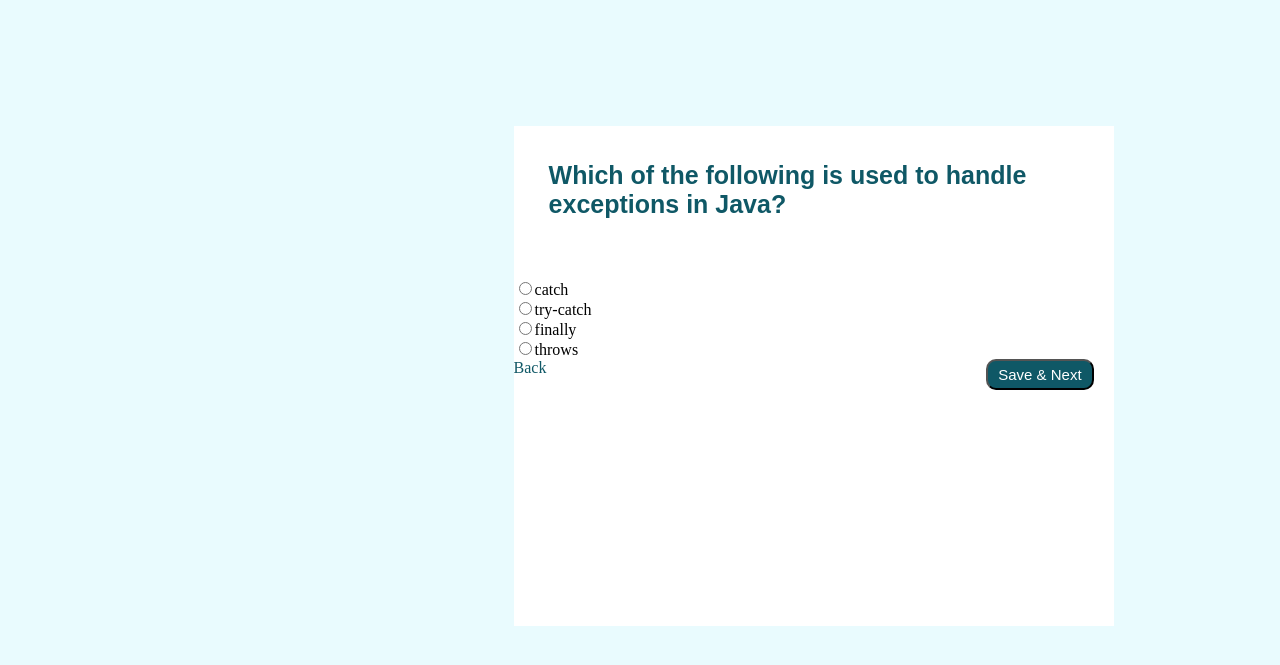
Repository: Rupali-8062Chourasiya5279/Internship_Task_Rupali
Page: Programming Language/quiz/QuizApp/src/main/webapp/First.html
These files come from the project's save history. The page is drawn as it stood at one moment and after the next save; the edit follows.
The browser window is 1280 px wide. The pictures show the whole page.

Above is the page before, as saved 2025-01-24 13:40:48.

### Programming Language/quiz/QuizApp/src/main/webapp/First.html
<!DOCTYPE html>
<html>
<head>
<meta charset="UTF-8">
<title>Que1</title>
<style>
body
{
background-color: #7ce0f4;
}
#div1
{
background-color: white;
height :500px ;
width : 600px;
margin-left: 40%;
margin-top: 10%;
}
 h3
 {
 padding:35px;
 font: bold;
 color: #0f5866;
 font-family: sans-serif;
 font-size: 25px;
 }
 a{
 text-decoration: none;
 color: #0f5866;
 }
 #sub
 {
 font: bold;
 color: white;
 background-color:#0f5866;
 font-family: sans-serif;
 float:right;
 padding:5px 10px 5px 10px;
 margin-right:20px;
 font-size: 15px;
 border-radius: 10px;
 }
 body
 {
 background-color: #e9fbfe;
 }
</style>
</head>
<body>
	<form action="First">
	<div id="div1">
	<h3>Which of the following is used to handle exceptions in Java?</h3>
	<input type="radio" name="q1" value="catch">catch</input><br>
	<input type="radio" name="q1" value="try-catch">try-catch</input><br>
	<input type="radio" name="q1" value="finally">finally</input><br>
	<input type="radio" name="q1" value="throws">throws</input><br>
	<a href="rules.html">Back</a>
	<input id = "sub" type="submit" value="Save & Next">
	</div>
	</form>
</body>
</html>

After the next save:
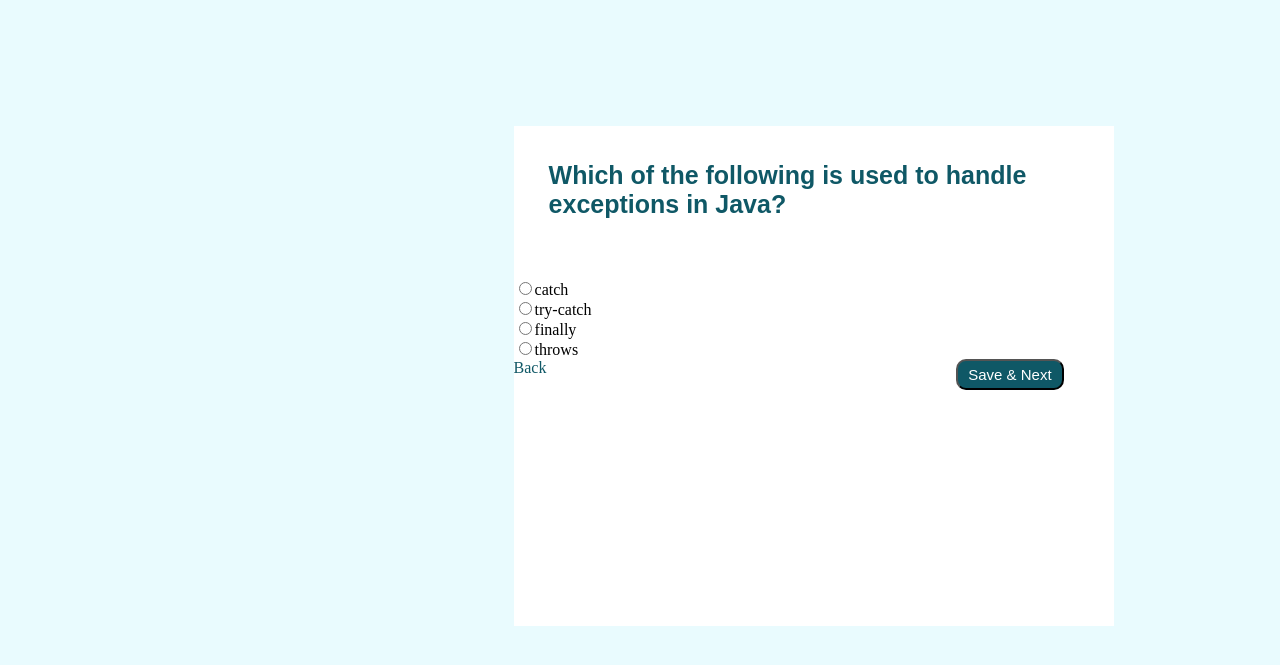
Saved 12 s later.
--- a/Programming Language/quiz/QuizApp/src/main/webapp/First.html
+++ b/Programming Language/quiz/QuizApp/src/main/webapp/First.html
@@ -36,7 +36,7 @@ margin-top: 10%;
  font-family: sans-serif;
  float:right;
  padding:5px 10px 5px 10px;
- margin-right:20px;
+ margin-right:50px;
  font-size: 15px;
  border-radius: 10px;
  }
